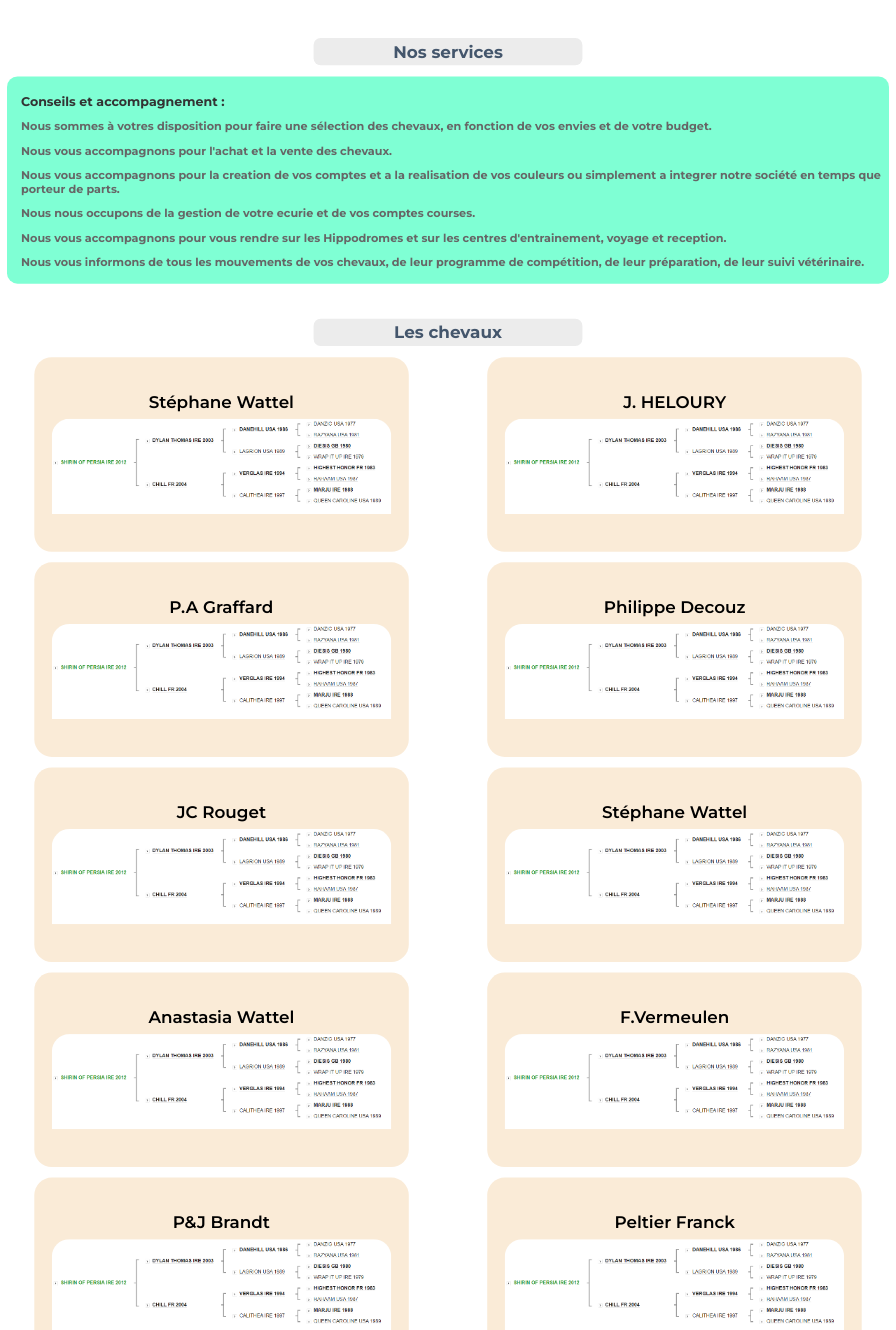
Repository: Vanitti/Site-web
Page: index.html
These files come from the project's save history. The page is drawn as it stood at one moment and after the next save; the edit follows.
The browser window is 1280 px wide. The pictures show the part of the page from y = 576 to 2476 px (the page is 4055 px tall), at 70% of full size.
Some web libraries are served in a nearby version.

Above is the page before, as saved 2023-06-24 15:14:20.
Not found: app.js

### index.html
<!DOCTYPE html>
<html lang="fr">
<head>
    <meta charset="UTF-8">
    <meta name="viewport" content="width=device-width, initial-scale=1.0">
    <title>F&F Horses</title>
    <link rel="icon" href="images/couleur-t.png">
    <link rel="stylesheet" href="index.css">
    <script src="app.js"></script>
    <script src="https://cdnjs.cloudflare.com/ajax/libs/font-awesome/5.12.0-2/js/all.min.js"></script>
</head>
<body>
    <header class="header">
        <img src="images/couleur-t.png" alt="Logo du site">
        <nav class="nav">
            <li><a href="#accueil" class="transition">Accueil</a></li>
            <li><a href="#services" class="transition">Nos services</a></li>
            <li><a href="#chevaux" class="transition">Nos chevaux</a></li>
            <li><a href="#courses" class="transition">Le monde des courses</a></li>
            <li><a href="#histoire" class="transition">Histoire</a></li>
            <li><a href="#contact" class="transition">Contact</a></li>
            <li><a href="login.html">Se connecter</a></li>
        </nav>
    </header>

    <section  id="accueil">
        <div class="landing-page">
          <video class="video-container" id="background-video" autoplay loop muted><source src="images/video/F&F horses.mp4" type="video/mp4" ></video>
          <h1 class="big-title">F&F Horses</h1>
        </div>
    </section>


<!-- Nos services-->
<h1 id="services" class="section-title" >Nos services</h1>

<div class="s">
<h2 class="section-sous">Conseils et accompagnement :</h2>
<h3 class="texte">Nous sommes à votres disposition pour faire une sélection des chevaux, en fonction de vos envies et de votre budget.</h3>
<h3 class="texte">Nous vous accompagnons pour l'achat et la vente des chevaux.</h3>
<h3 class="texte">Nous vous accompagnons pour la creation de vos comptes et a la realisation de vos couleurs ou simplement a integrer notre société en temps que porteur de parts.</h3>
<h3 class="texte">Nous nous occupons de la gestion de votre ecurie et de vos comptes courses.</h3>
<h3 class="texte">Nous vous accompagnons pour vous rendre sur les Hippodromes et sur les centres d'entrainement, voyage et reception.</h3>
<h3 class="texte">Nous vous informons de tous les mouvements de vos chevaux, de leur programme de compétition, de leur préparation, de leur suivi vétérinaire.</h3>
</div>

<!-- Nos chevaux -->
<h1 id="chevaux" class="section-title" >Les chevaux</h1>

<div class="entraineur">
    <div ><h3 >Stéphane Wattel</h3><img class="cheval" src="images/chevaux/1.png"></div>
    <div ><h3 >J. HELOURY</h3><img class="cheval" src="images/chevaux/1.png"></div>
    <div ><h3 >P.A Graffard</h3><img class="cheval" src="images/chevaux/1.png"></div>
    <div ><h3 >Philippe Decouz</h3><img class="cheval" src="images/chevaux/1.png"></div>
    <div ><h3 >JC Rouget</h3><img class="cheval" src="images/chevaux/1.png"></div>
    <div ><h3 >Stéphane Wattel</h3><img class="cheval" src="images/chevaux/1.png"></div>
    <div ><h3 >Anastasia Wattel</h3><img class="cheval" src="images/chevaux/1.png"></div>
    <div ><h3 >F.Vermeulen</h3><img class="cheval" src="images/chevaux/1.png"></div>
    <div ><h3 >P&J Brandt</h3><img class="cheval" src="images/chevaux/1.png"></div>
    <div ><h3 >Peltier Franck</h3><img class="cheval" src="images/chevaux/1.png"></div>
</div>

<!-- Le monde des courses -->
<h1 id="courses" class="section-title" >Le monde des courses</h1>

<div class="c">
<h2 class="section-sous">Achat et vente des chevaux :</h2>
<h3 class="texte">A l'elevage, a l'amiable a l'entrainement, aux ventes aux enchères, pendant les courses dites a reclamer.</h3>
<h3 class="texte">Il est possible d'acquérir qu'un pourcentage sur un cheval, ce qui permet de minimiser les risques et d'avoir une écurie plus grande en nombre de chevaux.</h3>
<h3 class="texte">1 ou 4 chevaux à 25%.</h3>
</div>

<div class="c">
<h2 class="section-sous">Prix des chevaux :</h2>
<h3 class="texte">Il est difficle de donner un prix moyen, la valeur d'un cheval peut aller de quelques milliers d'euro a plusieurs millions. Raisonnablement, un cheval d'une valeur de 50 à 100 000 euro peut faire de belles courses. En principe plus la valeur du cheval est grande, plus il est susceptible de courir des courses de renom, les gains étant en rapport.</h3>
<h3 class="texte">En Un trotteur peut courir a partir de 2ans jusqu'a 10ans. Il doit atteindre un minimal chronometrique ( de 2 à 5ans) pour avoir le droit de courir sur un Hippodrome (environ 20 sur 2000 metres).</h3>
<h3 class="texte">Un pur-sang peut courir à partir de 2 ans pour les courses de plat et 3ans pour les courses d'obstacles, jusqu'a 6ans, la meilleure performance étant à 4ans.</h3>
<h3 class="texte">C'est l'entraineur qui décide a quelle course doit participer le cheval (en fonction de nombreux critères : age, sexe, distance, type de sol, concurrence, carriere du cheval...).</h3>
</div>

<div class="c">
<h2 class="section-sous">Gestion des courses :</h2>
<h3 class="texte">Les courses sont en réparties en 2 catégories :</h3>
<h3 class="texte">-Le trot, géré par le trotteur francais</h3>
<h3 class="texte">-Le galop et l'obstacle gérés par France Galop</h3>
<h3 class="texte">L'ensemble sous la tutelle du PMU. Les propriétaires peuvent étre en nom propre ou avoir des parts dans une société. Une demande doit etre faite aupres de la police judiciaire pour avoir droit au statut de "Propriétaire".</h3>
</div>

<div class="c">
<h2 class="section-sous">Fonctionnement :</h2>
<h3 class="texte">Un ecurie de chevaux de courses, c'est comme une équipe de Football, il faut des jeunes pour construire l'avenir et des chevaux d'age pour avoir des partants sur les hippodromes. Il faut tenir compte des blessures qui peuvent avoir de l'incidence dans l'organisation de l'ecurie, les chevaux de course étant des athletes a part entiere.</h3>
<h3 class="texte">-Le choix de la discipline est tres importante mais une ecurie peut avoir des chevaux dans les trois spécialités.</h3>
<h3 class="texte">Pour ma part, je trouve que le steeple-chase ainsi que les courses de haies sont trops dangereuses pour les chevaux où de nombreuses chutes sont fréquentes.</h3>
<h3 class="texte">-Les entraineurs peuvent etre choisi independamment par le cheval (ce qui n'est pas le cas dans une équipe de foot...), mais il est préferable de regrouper quelques chevaux chez un meme entraineur, ce qui facilite la communication ainsi que les visites des chevaux à l'entrainement.</h3>
</div>

<!-- Histoire -->
<h1 id="histoire" class="section-title" >Notre histoire</h1>

<div class="h">
<h3 class="texte">Dans le milieu du cheval depuis plus de 50 ans, Frederic Vanotti a été actif dans le monde des chevaux de course par le biais de son pere passionné egalement, propriétaire de nombreux gagnants et également élveur de pur-sang.</h3>
<h3 class="texte">Un rencontre en 2014 à provoqué la creation de la société F&F Horses. Un éleveur Normand de grande réputation a proposé des parts sur 2 poulains qui galopaient dans les prés.</h3>
<h3 class="texte">De retour en region Rhone-Alpes, un ami prit part a l'aventure afin de permettre a F&F Horses de voir le jou !.</h3>
<h3 class="texte">Depuis, de nombreux chevaux ont porté les couleurs de F&F Horses et l'entente avec le Haras Normand perdure toujours.</h3>
</div>

<!-- Footer -->

<footer id="contact" class="footer">
  <p class="HG">&copy; 2023 - F&F horses</p>
  <p class="HG"><a href="tel:+33 6 09 69 26 37">+33 6 09 69 26 37</a></p>
  <p class="HG"><a href="mailto:ffhorses01@gmail.com">ffhorses01@gmail.com</a></p>
  <p class="HG"><a href="Formulaire de contact.html">Formulaire de contact</a></p>
  <p class="HG">560 route de Maillat, 01430 Peyriat, France</p>
</footer>



<script src="app.js"></script>
</body>
</html>

### index.css
@import url('https://fonts.googleapis.com/css2?family=Montserrat:wght@100;200;300;400;500;600;700;800;900&display=swap');
@import url('https://fonts.googleapis.com/css2?family=Abril+Fatface&display=swap');
@import url('https://fonts.googleapis.com/css2?family=Roboto:wght@300&display=swap');

html {
  scroll-behavior: smooth;
}

body {
  margin: 0;
  padding: 0;
  font-family: 'Montserrat', sans-serif;
}

header {
  display: flex;
  align-items: center;
}

.scroll-down {
  color: white;
  text-decoration: none;
  position: absolute;
  bottom: 0;
}

/* Typographie */
.section-title {
    background-color: #f0ebeb;
    border-radius: 10px;
    font-size: 24px;
    font-weight: bold;
    color: #333;
    text-align: center;
    background-color: #ececec;
    color: #44566c;
    margin-left: 35%;
    margin-right: 35%;
    margin-top: 50px;
    padding: 5px;
  }

  .section-sous {
    font-size: 18px;
    font-weight: bold;
    color: #333;
    margin-top: 20px;
    margin-left: 15px;
  }

  .texte {
    font-size: 16px;
    color: #666;
    margin-top: 10px;
    margin-left: 15px;
  }


/* Navigation */
nav.nav {
  z-index: 7;
  top: 10px;
  position: fixed;
  display: flex;
  list-style: none;
  justify-content: center;
  align-items: center;
  line-height: 30px;
  transition: all 0.3s ease;
  white-space: nowrap; /* Ajout de la propriété pour empêcher le retour à la ligne */
  background-color: #201b22;
  opacity: 0.75;
  padding: 15px;
  left: 150px;
  right: 15px;
  border-radius: 15px;
  justify-content: space-between;
}

nav.nav li a {
  justify-content: space-between;
  text-decoration: none;
  font-weight: 600;
  transition: all 0.3s ease;
  color: #ececec;
  font-size: 20px;
  margin: 0; /* Supprimer les marges horizontales des liens */
}

nav.nav li a:hover {
  color: #4b5e65; /* Changement de couleur au survol */
  background-color: #ececec; /* Changement de couleur d'arrière-plan au survol */
  border-radius: 5px;
  padding: 5px;
}

/* Accueil */
header img {
  width: 150px;
  height: 150px;
  top: 0;
  left: 0;
  position: absolute;
}

.top-page {
  background: url('images/galoubet1.jpg');
  background-size: cover;
  height: 80vh;
  padding: 25px;
  z-index: -2;
}

#background-video {
  width: 100%;
  height: 80vh;
  object-fit: cover;
  background-size: cover;
  height: 80vh;
  z-index: -2;
  position: relative;
}

.big-title {
    color: #f1f1f1;
    font-size: 140px;
    font-family: 'Abril Fatface', cursive;
    font-weight: 100;
    text-shadow: 2px 2px 4px rgba(0, 0, 0, 0.5);
    position: absolute;
    top: 0;
    transform: translate(50%, 50%);
  }

/* Nos chevaux */
#chevaux {
    font-size: 24px;
    font-weight: bold;
    text-align: center;
    margin-top: 50px;
  }

  .entraineur {
    display: grid;
    grid-template-columns: 1fr 1fr;
    grid-gap: 15px;
    justify-items: center;
    align-items: center;
    margin-top: 15px;
  }

  .entraineur div {
    text-align: center;
    background-color: antiquewhite;
    padding: 25px;
    border-radius: 25px;
  }

  .entraineur img {
    border-radius: 25px;
    max-width: 100%;
    height: auto;
    padding-bottom: 25px;
  }

  .entraineur h3 {
    font-size: 24px;
    font-weight: 600;
    margin-bottom: 10px;
  }

/* div */
.c {
    background-color: aliceblue;
    margin: 10px;
    border-radius: 15px;
    padding: 5px;
}

.s {
    background-color:aquamarine;
    margin: 10px;
    border-radius: 15px;
    padding: 5px;
}

.h {
    background-color: burlywood;
    margin: 10px;
    border-radius: 15px;
    padding: 5px;
}

/* footer */
footer {
    margin-top: 30px ;
    display: flex;
    justify-content: center;
    align-items: center;
    flex-wrap: wrap;
    padding: 15px;
    background-color: #313131;
  }

  footer p {
    margin: 0 10px;
    color: #f1f1f1;
  }

  .HG a {
    color: #f1f1f1;
    text-decoration: none;
  }

  .HG a:hover {
    color: white;
    font-weight: bold;
    transition: 0.3s;
  }

After the next save:
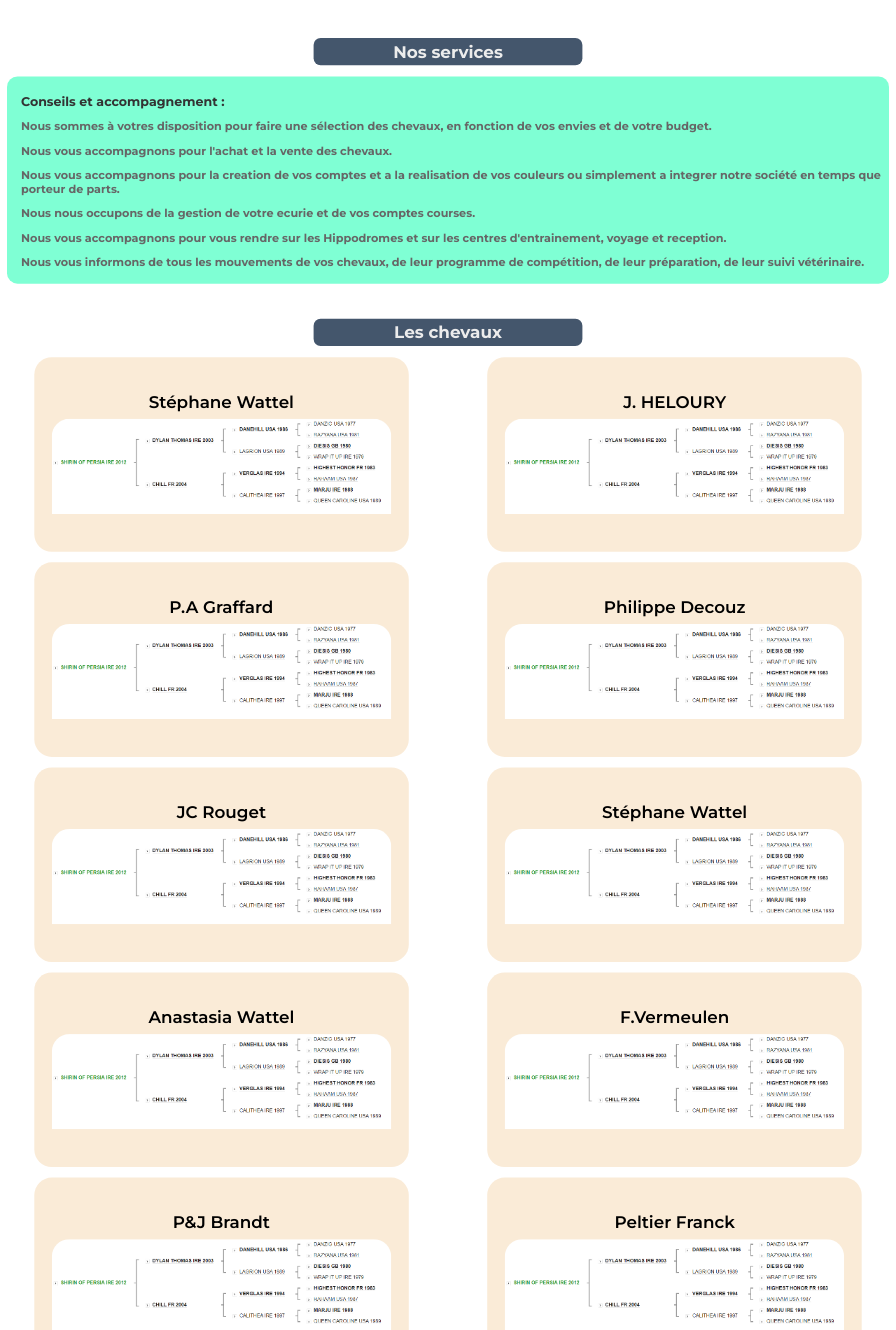
Saved 18 s later.
--- a/index.css
+++ b/index.css
@@ -32,8 +32,8 @@ header {
     font-weight: bold;
     color: #333;
     text-align: center;
-    background-color: #ececec;
-    color: #44566c;
+    background-color: #44566c;
+    color: #ececec;
     margin-left: 35%;
     margin-right: 35%;
     margin-top: 50px;
